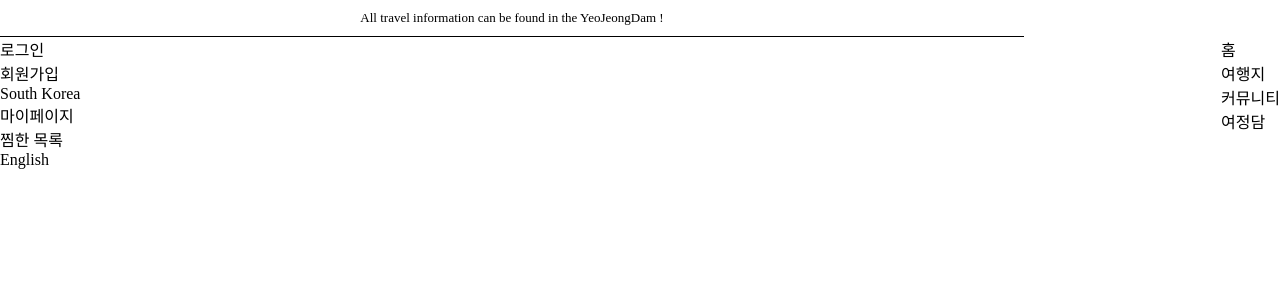
Repository: gaeunlee95/semi
Page: http://localhost/semi/main.jsp
An editor plug-in stored every save of this project. The page is shown before and after the next save, followed by the edit.
The browser window is 1280 px wide. The pictures show the whole page.
The page is served by Tomcat 9.

Above is the page before, as saved 2023-12-06 08:13:37.

### semi/src/main/webapp/main.jsp
<%@ page language="java" contentType="text/html; charset=UTF-8"
    pageEncoding="UTF-8"%>
<!DOCTYPE html>
<html>
<head>
<meta charset="UTF-8">
<title>메인 페이지</title>
<link rel="stylesheet" href="resources/css/style.css">
<style>
/* *{
	color: blue;
} */
</style>
</head>
<body>
	<jsp:include page="header.jsp" />
</body>
</html>

### semi/src/main/webapp/header.jsp
<%@ page language="java" contentType="text/html; charset=UTF-8"
    pageEncoding="UTF-8"%>
<%@ taglib uri="http://java.sun.com/jsp/jstl/core" prefix="c" %>
<header>
	<div id="welcome">
		<p>All travel information can be found in the YeoJeongDam !</p>
	</div>
	<nav>
		<ul id="topMenu">
			<li>홈</li>
			<li>여행지</li>
			<li>커뮤니티</li>
			<li>여정담</li>
		</ul>
	</nav>
		<ul id="sideMenu">
			<li>로그인</li>
			<li>회원가입</li>
			<li>South Korea</li>
			<li>마이페이지</li>
			<li>찜한 목록</li>
			<li>English</li> <!-- 스크롤로 언어(영어/한국) 선택 -->
		</ul>





  <%-- <nav>
  <c:choose>
    <c:when test="${empty sessionId}">
	    <ul id="topMenu">
	  	  <li><a href="/loginform.do">로그인</a></li>
	  	  <li><a href="/joinform.do">회원가입</a></li>
	  	  <li><a href="/boardlist.do">게시판</a></li>
	  	  <li><a href="/memberlist.do">회원목록</a></li>
	  	</ul>
    </c:when>
    <c:otherwise>
    	<ul id="topMenu">
	  	  <li><a href="/logout.do">(${sessionId}님)로그아웃</a></li>
	  	  <li><a href="/memberview.do?id=${sessionId}">나의 정보</a></li>
	  	  <li><a href="/boardlist.do">게시판</a></li>
	  	  <li><a href="/memberlist.do">회원 목록</a></li>
	  	</ul>
    </c:otherwise>
   </c:choose>
  </nav> --%>
</header>

### semi/src/main/webapp/resources/css/style.css
@charset "UTF-8";
/* 공통 스타일 */
*{margin: 0; padding: 0;}
#container{width: 1024px; margin: 30px auto 100px;}
ul li{list-style: none;}
a{text-decoration: none;}
/* header 스타일 */
header{
	margin: 0 auto;
}
header #welcome{
	width : 1024px;
	text-align: center;
	border-bottom: 1px solid black;
}
header #welcome p{
	padding: 10px 0;
	font-size: 13px;
}
header nav{float:right};


/*
 header 스타일
header{height: 80px; background: #0077cc;}
header #logo{width: 250px; float: left; line-height: 80px;}
#logo h1 a{color: greenyellow; padding-left: 24px; font-style: italic;}
#logo h1 a:hover{color: #eee;}
header nav{width: 900px; float: right;}
#topMenu{line-height: 80px; padding-left: 150px;}
#topMenu li{float: left; margin: 0 20px;}
#topMenu li a{color: #eee; padding: 0 20px;}
#topMenu li a:hover{color: #444;}

 main 스타일
#main{width: 1000px; height: 600px; margin: 40px auto;}
#main h1{color: blue; font-style: italic; padding: 20px 60px;}
#main .main_img{margin: 16px 30px; float: left;}
#main .main_img img{border-radius: 5px;}
#main .newboard{margin: 20px;}
#main .newboard h3{margin: 20px;}
#main .newboard p{line-height: 2.5;}


 footer 스타일
footer{height: 80px; border-top: 2px solid #222; clear: both;}
#bottomMenu{margin: 10px 20px;}
#bottomMenu li{float: left; margin: 10px 0; padding: 0 10px;
	border-right: 1.5px solid #ccc;}
#bottomMenu li a{color: #444;}
#bottomMenu li:last-child{border: none;}

 회원 목록 스타일
#memberlist{width: 700px; margin: 20px auto;}
#memberlist .logout{text-align: right;}
#memberlist table{width: 700px; margin: 20px auto;}
#memberlist table, th, td{border: 1px solid #ccc;
  border-collapse: collapse; text-align: center;}
table th, td{padding: 10px;}
table thead{background: #eee;}
*/
/* 회원 가입 스타일 */
#join{width: 500px; margin: 20px auto;}
#join form{margin: 20px auto;}
form ul li{margin: 20px;}
form .button{margin-top: 16px;}
form .button button{padding: 5px;}
form label{width: 120px; float: left; padding-left: 20px;}
form input{padding: 5px;}

/* 회원 정보 스타일 */
#memberview{width: 460px; margin: 20px auto;}
#memberview table{width: 460px; margin: 20px auto;}
#memberview table, th, td{border: 1px solid #ccc;
  border-collapse: collapse; text-align: center;}
table th, td{padding: 10px;}
#memberview button{padding: 5px;}
/*
 login 스타일
#login {width: 400px; margin: 30px auto 100px;}
#login form{margin: 30px auto;}
#login form ul li{margin: 30px;}
#login .error{color: #e00; margin-top: 16px; font-size: 0.9em}
#login button{width: 100%; padding: 10px 0;}

 게시글 목록 스타일
#boardlist{width: 700px; margin: 20px auto;}
#boardlist table{width: 700px; margin: 20px auto;}
#boardlist table, th, td{border: 1px solid #ccc;
  border-collapse: collapse; text-align: center;}
table th, td{padding: 10px;}
table thead{background: #eee;}
#boardlist button{padding: 10px;}

 글쓰기 스타일
#writeform{width: 550px; margin: 20px auto;}
#writeform table{width: 550px; margin: 20px auto;}
#writeform table, th, td{border: 1px solid #ccc;
  border-collapse: collapse; text-align: center;}
table th, td{padding: 10px;}
table thead{background: #eee;}
#writeform input{width: 540px; height: 25px; padding: 5px;}
#writeform textarea{width: 540px; height: 300px; padding: 5px;}
#writeform button{padding: 5px;}

 글 상세보기 스타일
#board_view{width: 550px; margin: 20px auto;}
#board_view table{width: 550px; margin: 20px auto;}
#board_view table, th, td{border: 1px solid #ccc;
  border-collapse: collapse; text-align: center;}
table th, td{padding: 10px;}
table thead{background: #eee;}
#board_view input{width: 540px; height: 25px; padding: 5px;}
#board_view textarea{width: 540px; height: 300px; padding: 5px;}
#board_view button{padding: 5px;}

 댓글 영역 스타일
#board_view h3{
	margin-bottom: 12px;
	color: #444;
}
#board_view .reply{
	border-top: 1px dotted #ccc;
}
#board_view .reply p{
	margin: 10px 0;
	font-size: 0.9em;
	color: #444;
}

 댓글 내용 - 줄바꿈하기 : white-space:pre-line
#board_view .reply p:nth-of-type(1){
	white-space: pre-line; white-space (enter)하면 줄바꿈;
	line-height: 1.5;
}
#replyform textarea{
	height: 100px;
}
#replyform button{
	margin-top: 6px;
}
.replylogin{
	background-color: #eee;
	margin: 10px 0;
	padding: 16px;
	text-align: center;
	border-radius: 5px;
}
.replylogin a{
	color:blue;
}
.replylogin a:hover{
	text-decoration: underline;
}*/

After the next save:
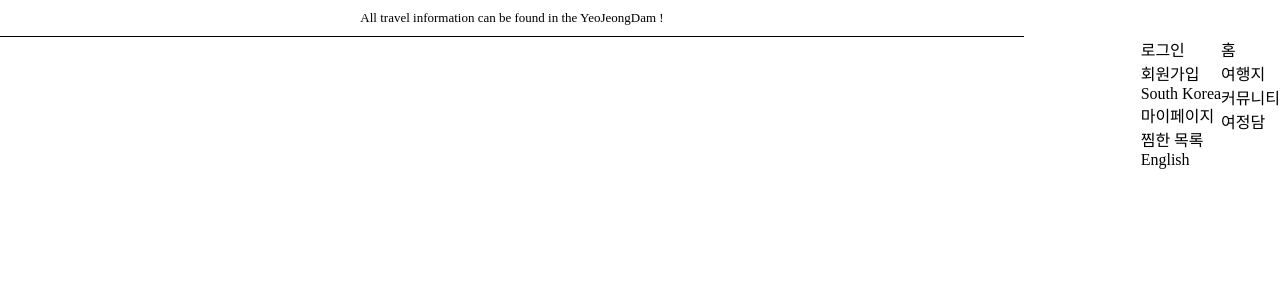
Saved 11 s later.
--- a/semi/src/main/webapp/header.jsp
+++ b/semi/src/main/webapp/header.jsp
@@ -13,6 +13,7 @@
 			<li>여정담</li>
 		</ul>
 	</nav>
+	<nav>
 		<ul id="sideMenu">
 			<li>로그인</li>
 			<li>회원가입</li>
@@ -21,6 +22,7 @@
 			<li>찜한 목록</li>
 			<li>English</li> <!-- 스크롤로 언어(영어/한국) 선택 -->
 		</ul>
+	</nav>
 
 
 
